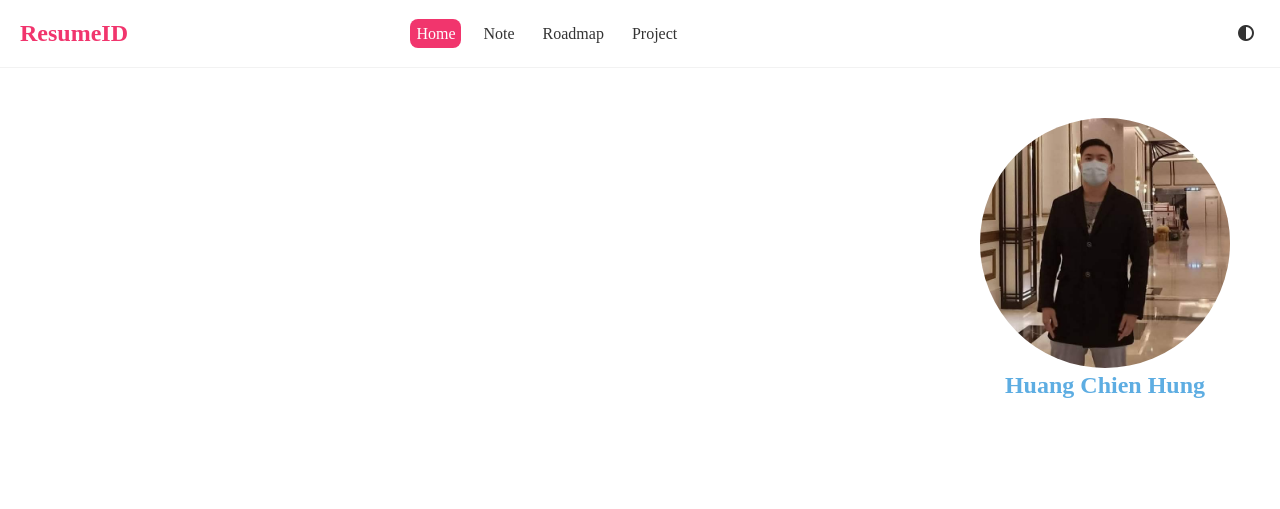
Repository: leo-play-code/ResumeID
Page: /
The author's editor kept a copy of each file at every save. The page is drawn from the files as they stood at one save, then again after the next save.
The browser window is 1280 px wide. The pictures show the whole page.
Some web libraries are served in a nearby version. The project was rebuilt for these pictures with package versions that can differ from the ones it lists, and the page was loaded fresh each time. Also part of the build but not shown: src/Note/Note.js, src/Roadmap/Roadmap.js, src/Project/Project.js.

Above is the page before, as saved 2022-10-18 14:16:11.

### public/index.html
<!DOCTYPE html>
<html lang="en">
  <head>
    <meta charset="utf-8" />
    <link rel="icon" href="%PUBLIC_URL%/favicon.ico" />
    <meta name="viewport" content="width=device-width, initial-scale=1" />
    <meta name="theme-color" content="#000000" />
    <meta
      name="description"
      content="Web site created using create-react-app"
    />
    <link rel="apple-touch-icon" href="%PUBLIC_URL%/logo192.png" />
    <link rel="manifest" href="%PUBLIC_URL%/manifest.json" />

    <!-- fontawesome -->
    <script src="https://kit.fontawesome.com/14e9a4f90b.js" crossorigin="anonymous"></script>
    <title>React App</title>
  </head>
  <body>
    <noscript>You need to enable JavaScript to run this app.</noscript>
    <div id="root"></div>
  </body>
</html>

### src/index.css
/* base styles */
* {
  margin: 0;
  font-family: "Quicksand";
  color: #333;
}
.navbar {
  padding: 20px;
  display: flex;
  align-items: center;
  max-width: 100%;
  margin: 0 auto;
  border-bottom: 1px solid #f2f2f2;
}
.navbar h1 {
  color: #f1356d;
}
.navbar-center{
  margin-inline: auto;
}
.navbar-center .page-selected{
  color:white;
  background: #f1356d;
  border-radius: 8px;
  pointer-events: none;
}
.navbar .navbar-right {
  margin-left: auto;
}
.navbar a {
  margin-left: 16px;
  text-decoration: none;
  padding: 6px;
}
.navbar a:hover {
  color: #f1356d;
}
.content {
  max-width: 600px;
  margin: 40px auto;
  padding: 20px;
}

/* Home */
.Home .profile-container{
  height: 500px;
}
.Home .picture img{
  border-radius: 50%;
  max-width: 250px;
}
.Home .profile .MainName{
  color:#5DADE2;
}

.Home .profile .introduction{
  float:left;
}

.Home .profile .picture{
  margin: 50px;
  text-align: center;
  float:right;
}

### src/App.js
import Navbar from './Navbar/Navbar';
import { BrowserRouter as Router,Route,Switch} from 'react-router-dom'
import Home from './Home/Home';
import Note from './Note/Note';
import Roadmap from './Roadmap/Roadmap';
import Project from './Project/Project';

function App(){
    return (
        <Router>
            <div className="App">
            <Navbar />
                <Switch>
                    <Route exact path='/'>
                        <Home />
                    </Route>
                    <Route exact path='/Note'>
                        <Note />
                    </Route>
                    <Route exact path='/Roadmap'>
                        <Roadmap />
                    </Route>
                    <Route exact path='/Project'>
                        <Project />
                    </Route>

                </Switch>
            </div>
        </Router>

    )
}

export default App;

### src/Navbar/Navbar.js
import { useEffect, useState } from 'react';
import {Link} from 'react-router-dom';

function Navbar(){
    const [navbar_state,setPageState] = useState('');
    function ChangeColor(){
        console.log('changecolor')
    }
    function PageSelected(navbar_state){
        setPageState(navbar_state)
    }
    useEffect(()=>{
        const init_url_arr = window.location.href.split('/')
        const init_url_page = init_url_arr[init_url_arr.length-1]
        setPageState(init_url_page)
    })
    return (
        <nav className="navbar">
            <h1>ResumeID</h1>
            <span className='navbar-center'>
                {(navbar_state == '')&& <Link to="/" className='page-selected'>Home</Link>}
                {!(navbar_state == '')&&<Link to="/" onClick={()=>PageSelected('Home')}>Home</Link>}
                {(navbar_state == 'Note')&& <Link to="/Note" className='page-selected'>Note</Link>}
                {!(navbar_state == 'Note')&&<Link to="/Note" onClick={()=>PageSelected('Note')}>Note</Link>}
                {(navbar_state == 'Roadmap')&& <Link to="/Roadmap" className='page-selected'>Roadmap</Link>}
                {!(navbar_state == 'Roadmap')&&<Link to="/Roadmap" onClick={()=>PageSelected('Roadmap')}>Roadmap</Link>}
                {(navbar_state == 'Project')&& <Link to="/Project" className='page-selected'>Project</Link>}
                {!(navbar_state == 'Project')&&<Link to="/Project" onClick={()=>PageSelected('Project')}>Project</Link>}
            </span>
            <div className="navbar-right">
                <a onClick={ChangeColor}><i className="fa-solid fa-circle-half-stroke"></i></a>
            </div>
        </nav>
    )
}

export default Navbar ;

### src/Home/Home.js


function Home(){
    const pic = require('./static/image/selfy.jpg');
    return(
        <div className="Home">
            <div className='profile'>
                <div className="introduction">

                </div>
                <div className="picture">
                    <img src={pic} alt="" />
                    <h2 className='MainName'>Huang Chien Hung</h2>
                </div>
            </div>


        </div>
    )
}


export default Home ;

Loaded but not shown: src/index.js (common file); src/reportWebVitals.js (common file)

After the next save:
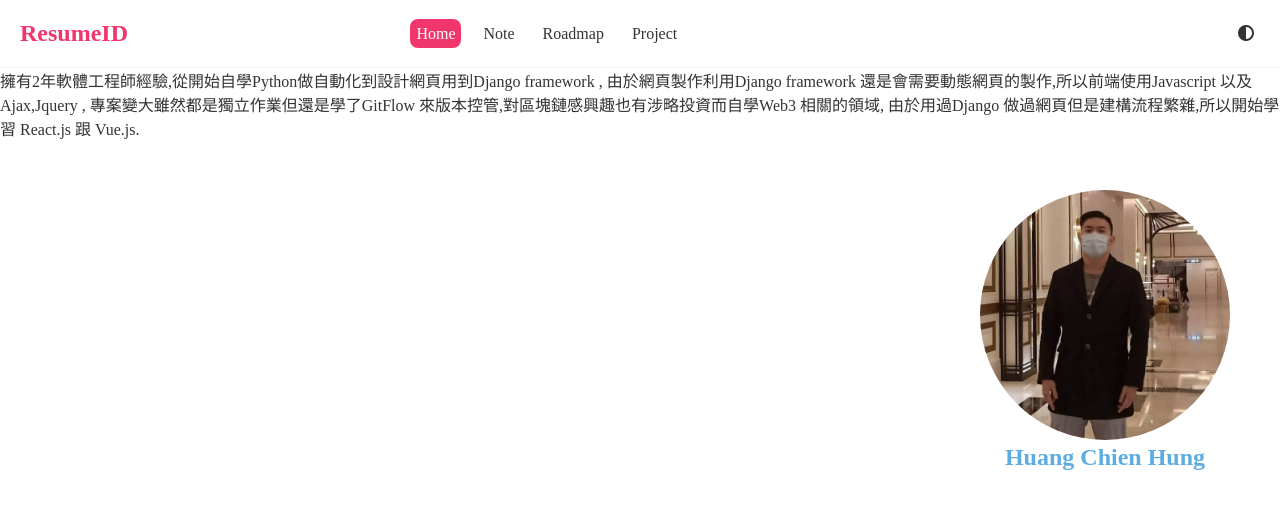
Saved 19 s later.
--- a/src/Home/Home.js
+++ b/src/Home/Home.js
@@ -6,7 +6,7 @@ function Home(){
         <div className="Home">
             <div className='profile'>
                 <div className="introduction">
-
+                    <p>擁有2年軟體⼯程師經驗,從開始⾃學Python做⾃動化到設計網⾴⽤到Django framework , 由於網⾴製作利⽤Django framework 還是會需要動態網⾴的製作,所以前端使⽤Javascript 以及 Ajax,Jquery , 專案變⼤雖然都是獨立作業但還是學了GitFlow 來版本控管,對區塊鏈感興趣也有涉略投資⽽⾃學Web3 相關的領域, 由於⽤過Django 做過網⾴但是建構流程繁雜,所以開始學習 React.js 跟 Vue.js.</p>
                 </div>
                 <div className="picture">
                     <img src={pic} alt="" />
